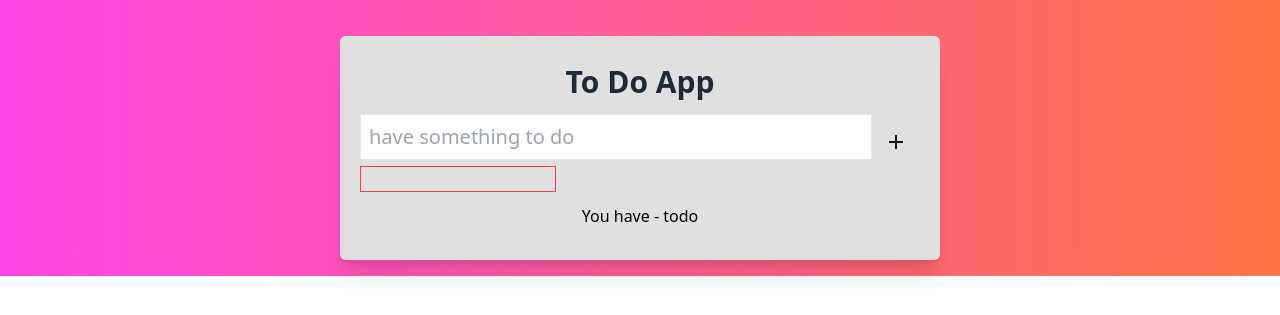
Repository: Nurlan-Bakenbaev/todoapp
Page: /
An editor plug-in stored every save of this project. The page is shown before and after a run of saves, followed by the edit.
The browser window is 1280 px wide. The pictures show the whole page.
The page's requests for data from a server got no answer. The project was rebuilt for these pictures with package versions that can differ from the ones it lists, and the page was loaded fresh each time. No one was signed in, and anything a server would have sent is missing. Also part of the build but not shown: vite.config.js, src/Todo.jsx.

Above is the page before, as saved 2023-08-27 22:40:43.

After the next 2 saves:
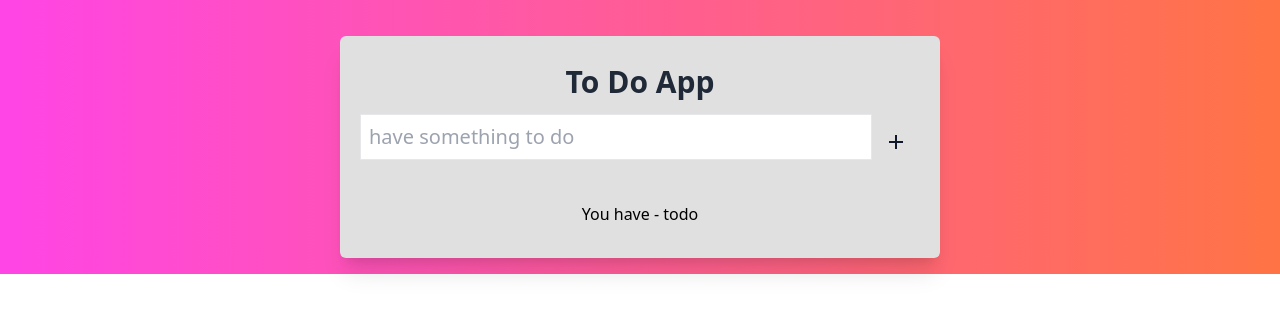
The 2 saves are shown as one change because they came seconds apart.
The last was saved 21 s later.
--- a/src/App.jsx
+++ b/src/App.jsx
@@ -64,7 +64,7 @@ function App() {
     count: "text-center p-3",
     ul: "flex flex-col gap-2 ",
     alert:
-      "w-[35%] p-3 text-[red] text-xl border border-solid border-red-500 flex items-center ",
+      "w-[35%] p-3 text-[red] text-xl flex items-center ",
   };
   return (
     <div className={style.bg}>
